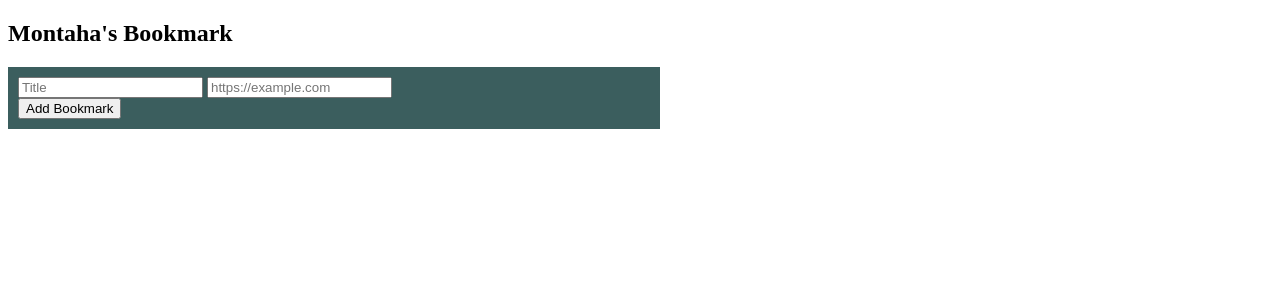
Repository: eidimontaha18-maker/finalproject
Page: index.html
An editor plug-in stored every save of this project. The page is shown before and after the next save, followed by the edit.
The browser window is 1280 px wide. The pictures show the whole page.

Above is the page before, as saved 2025-11-25 23:21:39.

After the next save:
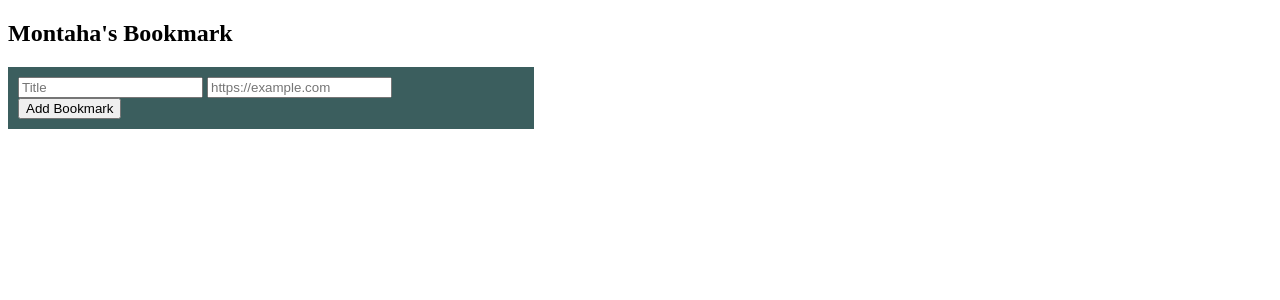
Saved 31 s later.
--- a/style.css
+++ b/style.css
@@ -1,6 +1,6 @@
 .addbookmark{
     background-color: rgb(59, 94, 94);
     padding: 10px;
-    width: 50%;
-    align-items: center;
+    width: 40%;
+    ;
 }
